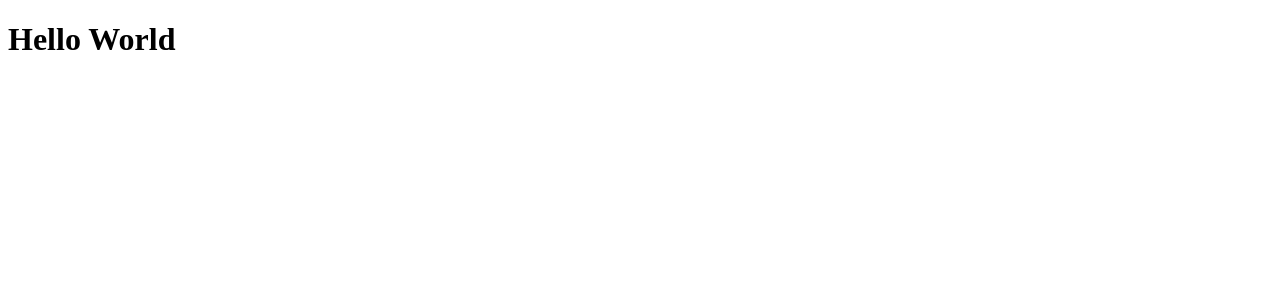
Repository: JoseGu1llardi/to-do-list-D01
Page: /
These files come from the project's save history. The page is drawn as it stood at one moment and after the next save; the edit follows.
The browser window is 1280 px wide. The pictures show the whole page.
The project was rebuilt for these pictures with package versions that can differ from the ones it lists, and the page was loaded fresh each time. Also part of the build but not shown: vite.config.ts.

Above is the page before, as saved 2023-03-09 14:13:17.

After the next save:
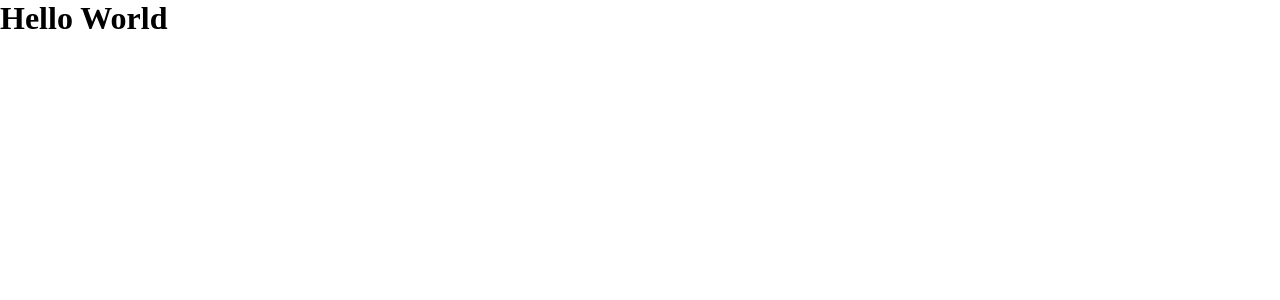
Saved 45 s later.
--- a/src/App.tsx
+++ b/src/App.tsx
@@ -1,3 +1,4 @@
+import "./global.css"
 
 function App() {
   return (
